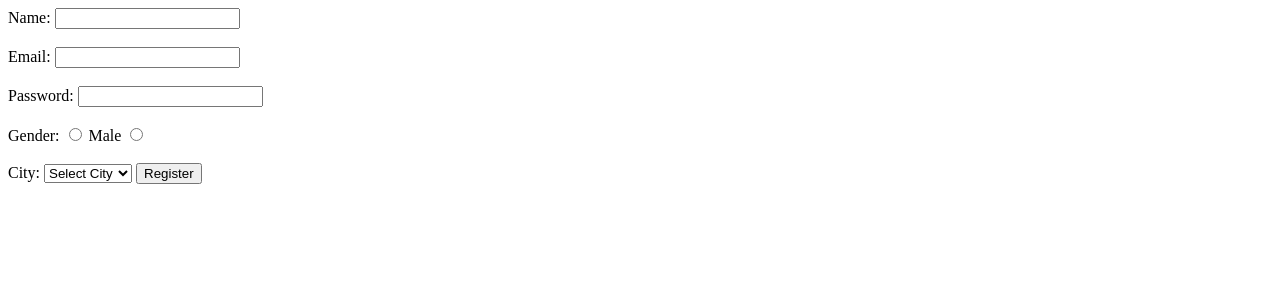
Repository: Biswajitx123/ServeletJSPTest
Page: http://localhost/RegisterLogi/register.jsp
The author's editor kept a copy of each file at every save. The page is drawn from the files as they stood at one save, then again after the next save.
The browser window is 1280 px wide. The pictures show the whole page.
The page is served by Tomcat 10. Other server files are loaded and not shown.

Above is the page before, as saved 2025-12-02 19:16:42.

### RegisterLogi/src/main/webapp/register.jsp
<%@ page language="java" contentType="text/html; charset=UTF-8"
    pageEncoding="UTF-8"%>
<!DOCTYPE html>
<html>
<head>
<meta charset="UTF-8">
<title>Insert title here</title>
</head>
<body>
	<form action="regForm" method="post">
		Name: <input type="text" name="name1"/> <br><br>
		Email: <input type="text" name="email1"/> <br><br>
		Password: <input type="password" name="pass1"/> <br><br>
		Gender: <input type="radio" name="gender1"/> Male <input type="radio" name="gender1"/> <br><br>
		City: <select>
				<option>Select City<option/>
				<option>Mumbai<option/>
				<option>Pune<option/>
				<option>Banglore<option/>
				<option>Hyderabad<option/>
				<option>Delhi<option/>
				<option>Cuttack<option/><br><br>
		</select>
		<input type="submit" value="Register"/>
	</form>
</body>
</html>

After the next save:
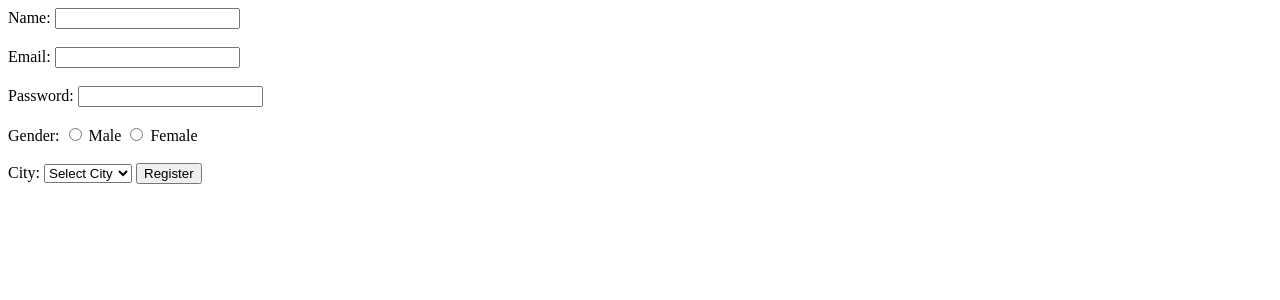
Saved 116 s later.
--- a/RegisterLogi/src/main/webapp/register.jsp
+++ b/RegisterLogi/src/main/webapp/register.jsp
@@ -11,7 +11,7 @@
 		Name: <input type="text" name="name1"/> <br><br>
 		Email: <input type="text" name="email1"/> <br><br>
 		Password: <input type="password" name="pass1"/> <br><br>
-		Gender: <input type="radio" name="gender1"/> Male <input type="radio" name="gender1"/> <br><br>
+		Gender: <input type="radio" name="gender1"/> Male <input type="radio" name="gender1"> Female <br><br>
 		City: <select>
 				<option>Select City<option/>
 				<option>Mumbai<option/>
